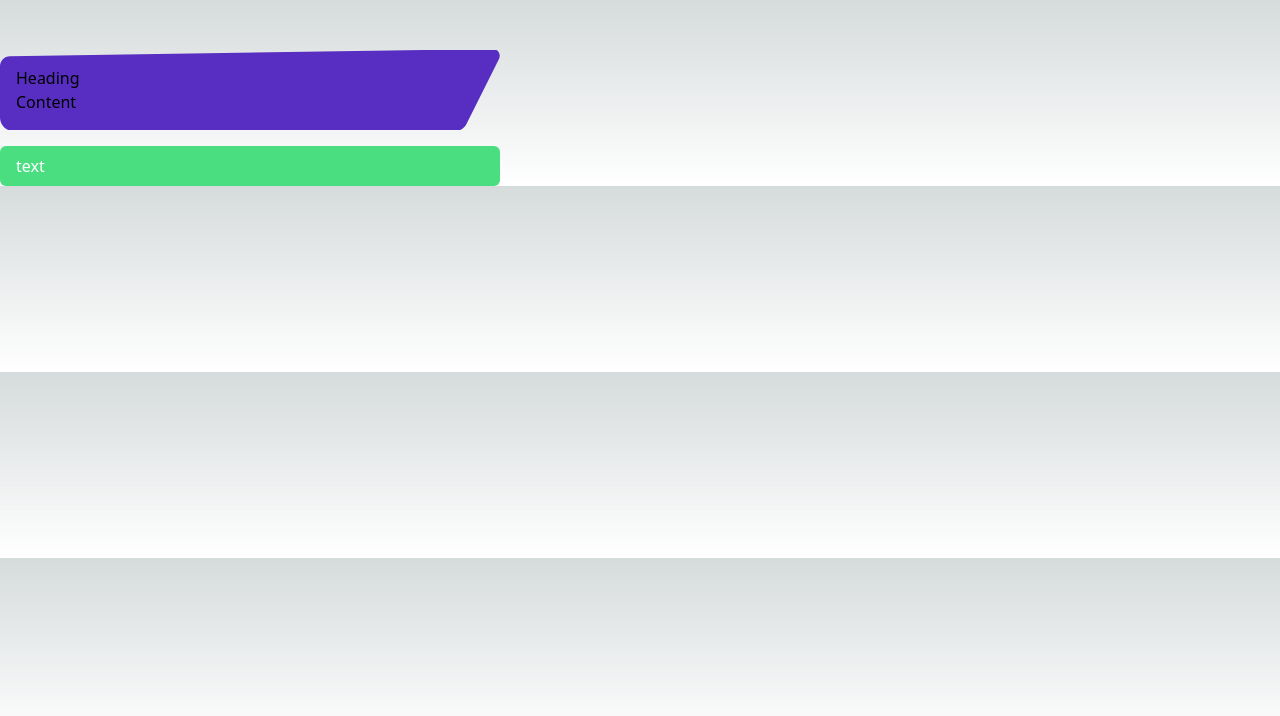
Repository: PreciousOritsedere/jasere-test
Page: /
The author's editor kept a copy of each file at every save. The page is drawn from the files as they stood at one save, then again after a run of saves.
The browser window is 1280 px wide. The pictures show the whole page.
The project was rebuilt for these pictures with package versions that can differ from the ones it lists, and the page was loaded fresh each time. The framework's server and built-in components were replaced by stand-ins that run in the browser. Also part of the build but not shown: next.config.mjs.

Above is the page before, as saved 2024-03-26 15:08:30.

After the next 2 saves:
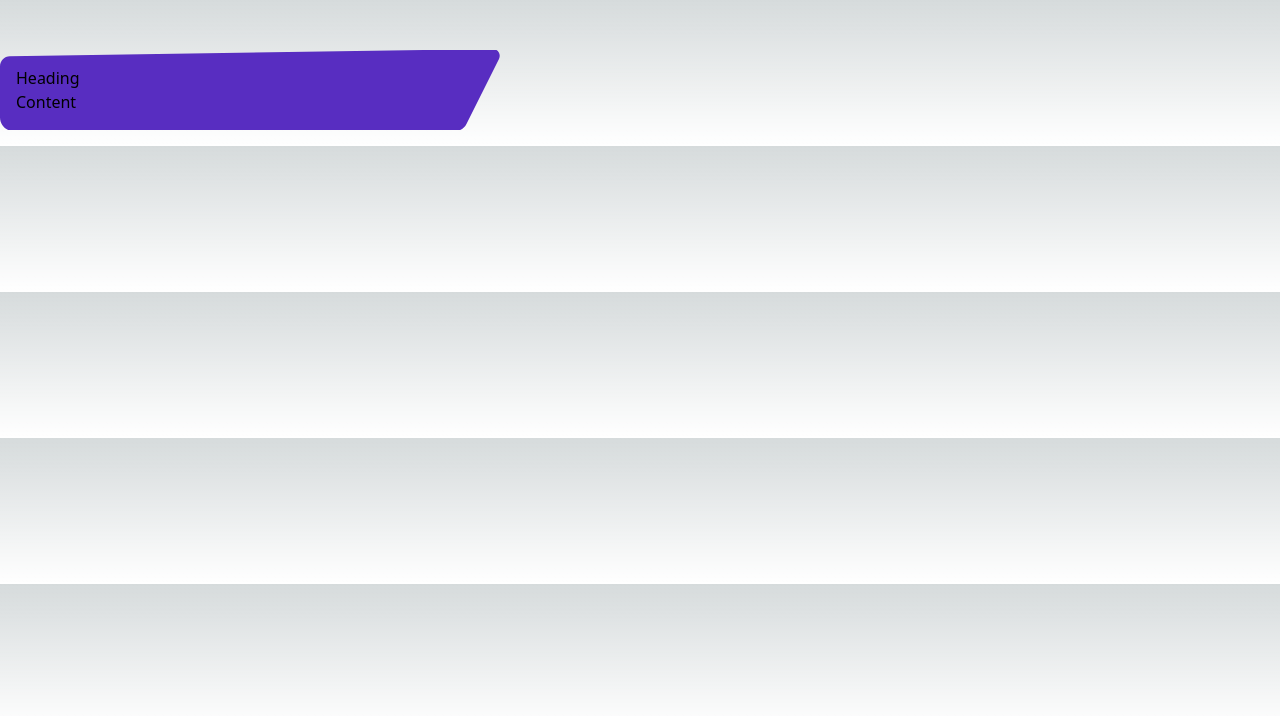
The 2 saves are shown as one change because they came seconds apart.
The last was saved 26 min 33 s later.
--- a/src/pages/index.js
+++ b/src/pages/index.js
@@ -10,7 +10,9 @@ export default function Home() {
         <p>Content</p>
       </div>
 
-      <div className="bg-green-400 text-white px-4 py-2 rounded-md">text</div>
+      <div>
+
+      </div>
     </main>
   );
 }
